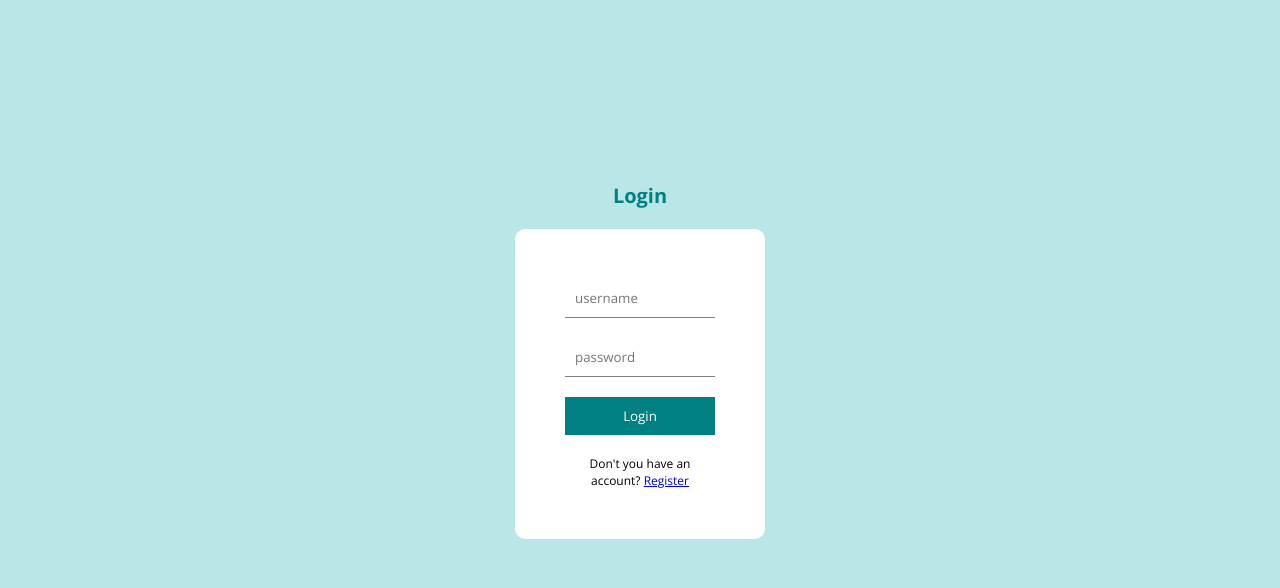
Repository: juansesu3/Blog-Full-Stack
Page: /login (app in client/blog/)
The author's editor kept a copy of each file at every save. The page is drawn from the files as they stood at one save, then again after a run of saves.
The browser window is 1280 px wide. The pictures show the whole page.
The project was rebuilt for these pictures with package versions that can differ from the ones it lists, and the page was loaded fresh each time. Also part of the build but not shown: client/blog/vite.config.js, client/blog/src/pages/Register.jsx, client/blog/src/pages/Single.jsx, client/blog/src/pages/Write.jsx, client/blog/src/pages/Home.jsx, client/blog/src/components/Navbar.jsx, client/blog/src/components/Footer.jsx.

Above is the page before, as saved 2023-04-18 13:47:26.

### client/blog/index.html
<!DOCTYPE html>
<html lang="en">

<head>
  <meta charset="UTF-8" />
  <link rel="icon" type="image/svg+xml" href="/vite.svg" />
  <link href="https://fonts.googleapis.com/css2?family=Open+Sans:wght@300;400;500;600;700;800&display=swap"
    rel="stylesheet" />
  <meta name="viewport" content="width=device-width, initial-scale=1.0" />
  <title>Blog</title>

</head>

<body>
  <div id="root"></div>
  <script type="module" src="/src/main.jsx"></script>
</body>

</html>

### client/blog/src/App.jsx
import {
  createBrowserRouter,
  Outlet,
  RouterProvider,
} from "react-router-dom";
import Register from "./pages/Register";
import Login from "./pages/Login";
import Single from "./pages/Single";
import Write from "./pages/Write";
import Home from "./pages/Home"
import Navbar from "./components/Navbar"
import Footer from "./components/Footer"
import "./style.scss"

const Layout = () => {

  return(
    <>
    <Navbar/>
    <Outlet/>
    <Footer/>
    </>
  )
}

const router = createBrowserRouter([
  {
    path: "/",
    element:<Layout/>,
    children:[
      {
        path:"/",
        element:<Home/>
      },
      {
        path:"/post/:id",
        element:<Single/>
      },
      {
        path:"/write",
        element:<Write/>
      }
    ]
  },
  {
    path: "/register",
    element: <Register />,
  },
  {
    path: "/login",
    element: <Login />,
  }
]);

function App() {
  return (
    <div className="app">
      <div className="container">
      <RouterProvider router={router} />
      </div>
    </div>
  )
}



export default App

### client/blog/src/pages/Login.jsx
import React from 'react'
import { Link } from 'react-router-dom'

const Login = () => {
  return (
    <div className='auth'>
      <h1>Login</h1>
      <form>
        <input type="text" placeholder='username' />
        <input type="password" placeholder='password' />
        <button>Login</button>
        <span>Don't you have an account? <Link to="/register">Register</Link></span>
      </form>
      </div>
  )
}

export default Login

### client/blog/src/style.scss
* {
    box-sizing: border-box;
    font-family: "Open Sans", sans-serif;
    margin: 0;
    box-sizing: border-box;
  }

$lightGreen: #b9e7e7;
.app{
    .container{
        //LOGIN & REGISTER
        .auth{
            display: flex;
            flex-direction: column;
            align-items: center;
            justify-content: center;
            height: 100vh;
            background-color: $lightGreen;
        }
        h1{
            font-size: 20px;
            color:teal;
            margin-bottom: 20px;
        }
        form{
            display: flex;
            flex-direction: column;
            padding: 50px;
            background-color: white;
            width: 250px;
            gap: 20px;
            border-radius: 10px;
        }
        input{
            padding: 10px;
            border: none;
            border-bottom: 1px solid gray ;
        }
        button{
            padding: 10px;
            border: none;
            background-color: teal;
            color: white;
            cursor: pointer;
        }
        span{
            font-size: 12px;
            text-align: center;

        }

    }
}

Loaded but not shown: client/blog/src/main.jsx (common file)

After the next 2 saves:
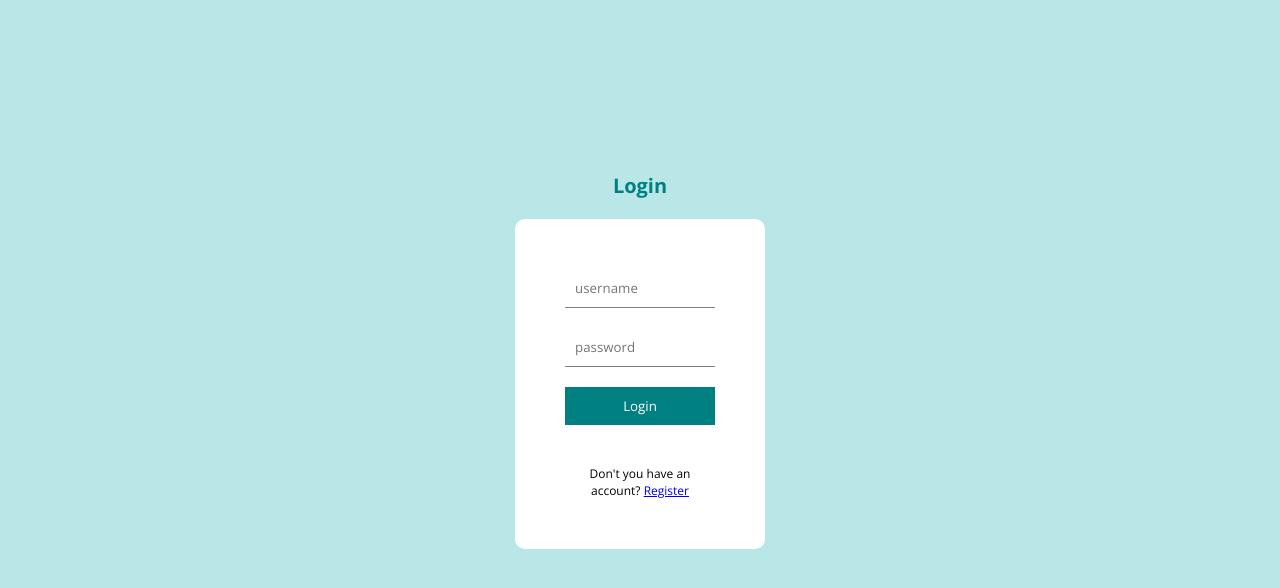
The 2 saves are shown as one change because they came seconds apart.
The last was saved 32 s later.
--- a/client/blog/src/pages/Login.jsx
+++ b/client/blog/src/pages/Login.jsx
@@ -9,6 +9,7 @@ const Login = () => {
         <input type="text" placeholder='username' />
         <input type="password" placeholder='password' />
         <button>Login</button>
+        <p></p>
         <span>Don't you have an account? <Link to="/register">Register</Link></span>
       </form>
       </div>
